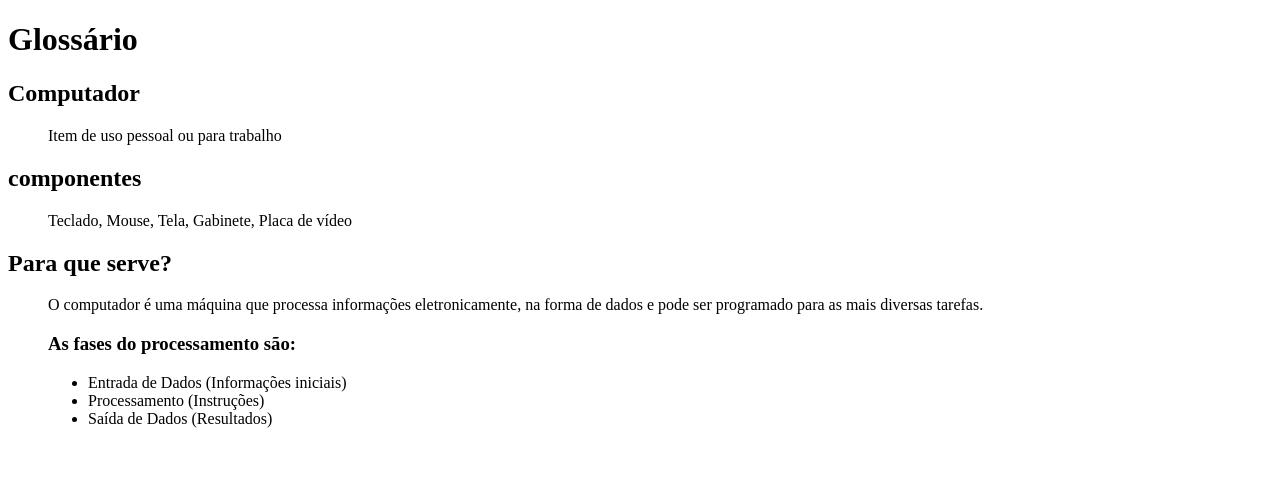
Repository: RenatoCCS/Mais1Code
Page: Rocketseat/Fundamentar/01 - O guia estelar de HTML/Desafios/1_Glossario/glossary.html
The author's editor kept a copy of each file at every save. The page is drawn from the files as they stood at one save, then again after the next save.
The browser window is 1280 px wide. The pictures show the whole page.

Above is the page before, as saved 2022-04-18 20:52:57.

After the next save:
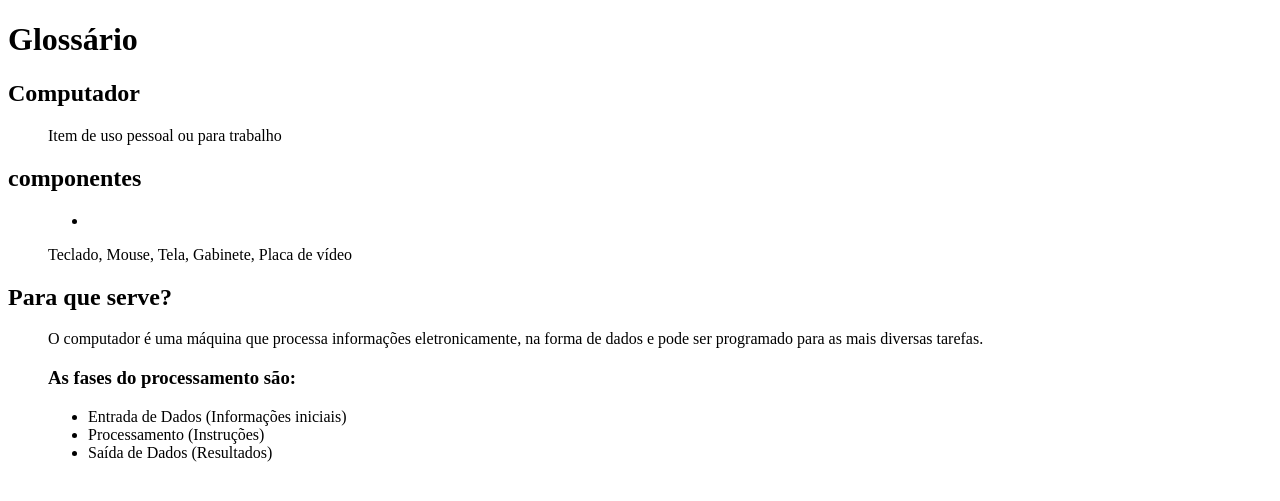
Saved 5 s later.
--- a/Rocketseat/Fundamentar/01 - O guia estelar de HTML/Desafios/1_Glossario/glossary.html
+++ b/Rocketseat/Fundamentar/01 - O guia estelar de HTML/Desafios/1_Glossario/glossary.html
@@ -16,7 +16,7 @@
     <h2><dt>componentes</dt></h2>
     <dd>
 
-       <ul></ul> Teclado, Mouse, Tela, Gabinete, Placa de vídeo</dd>
+       <ul><li></li></ul> Teclado, Mouse, Tela, Gabinete, Placa de vídeo</dd>
 
 <h2><dt>Para que serve?</dt></h2>
 <dd><p>O computador é uma máquina que processa informações eletronicamente, na forma de dados e pode ser programado para as mais diversas tarefas.

After the 2 saves that followed:
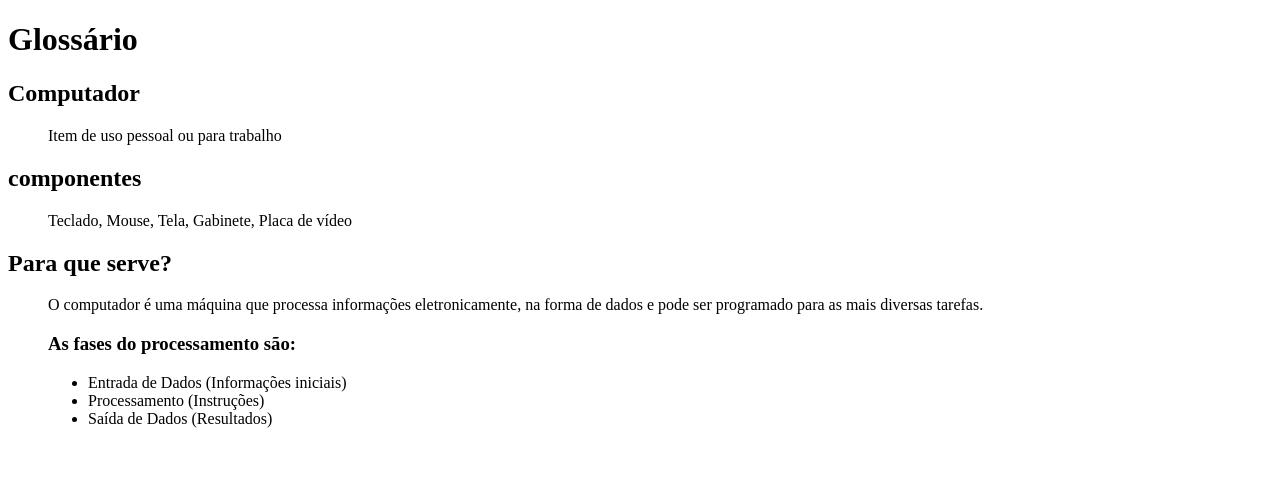
The 2 saves are shown as one change because they came seconds apart.
The last was saved 7 s later.
--- a/Rocketseat/Fundamentar/01 - O guia estelar de HTML/Desafios/1_Glossario/glossary.html
+++ b/Rocketseat/Fundamentar/01 - O guia estelar de HTML/Desafios/1_Glossario/glossary.html
@@ -16,7 +16,11 @@
     <h2><dt>componentes</dt></h2>
     <dd>
 
-       <ul><li></li></ul> Teclado, Mouse, Tela, Gabinete, Placa de vídeo</dd>
+       <ul>
+
+
+
+       </ul> Teclado, Mouse, Tela, Gabinete, Placa de vídeo</dd>
 
 <h2><dt>Para que serve?</dt></h2>
 <dd><p>O computador é uma máquina que processa informações eletronicamente, na forma de dados e pode ser programado para as mais diversas tarefas.
